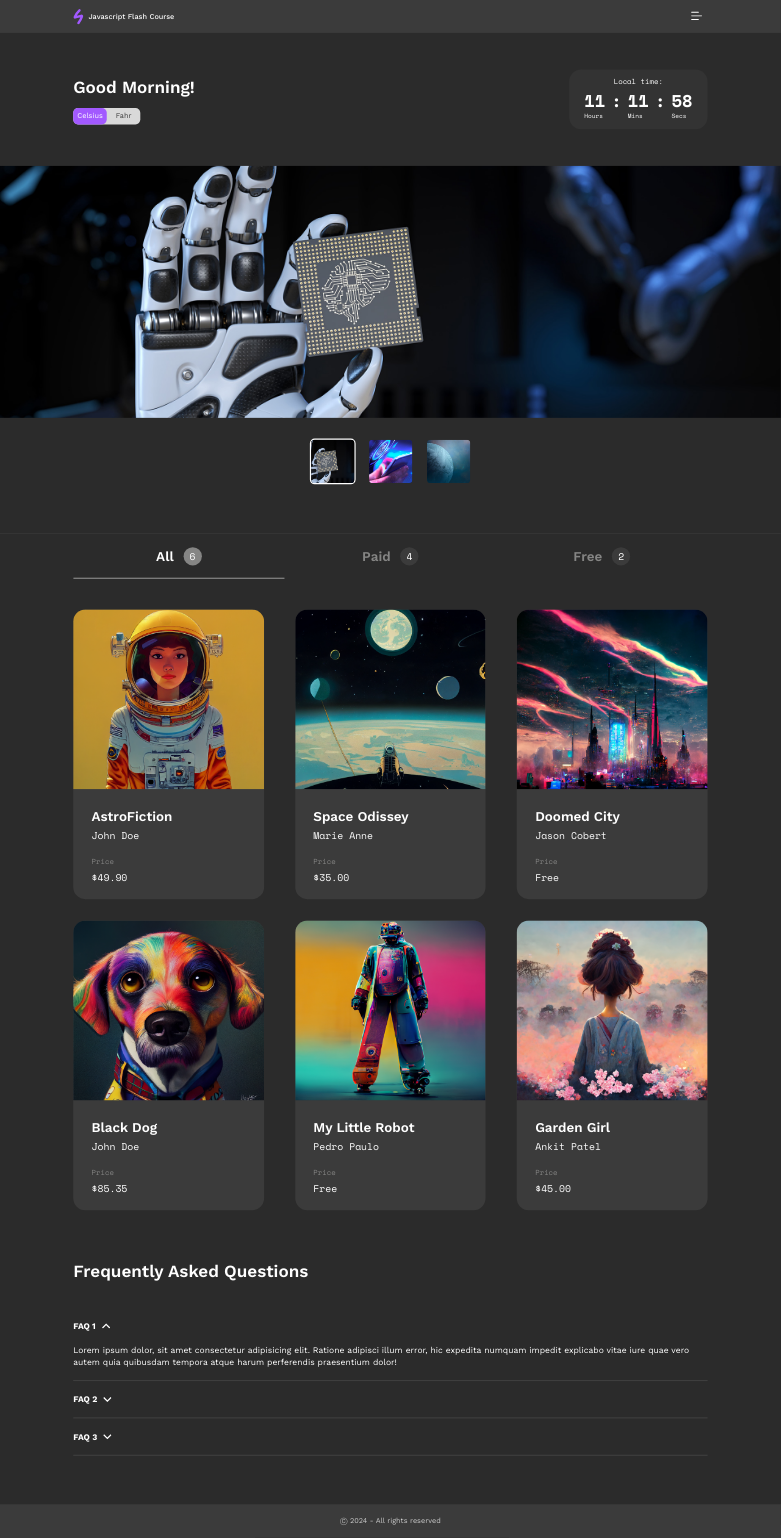
Repository: GettieSirma/JAVASCRIPT-TEST
Page: index.html
The author's editor kept a copy of each file at every save. The page is drawn from the files as they stood at one save, then again after the next save.
The browser window is 1280 px wide. The pictures show the whole page, at 61% of full size.

Above is the page before, as saved 2024-04-25 11:47:00.

### index.html
<!DOCTYPE html>
<html lang="en">

<head>
    <meta charset="UTF-8" />
    <meta http-equiv="X-UA-Compatible" content="IE=edge" />
    <meta name="viewport" content="width=device-width, initial-scale=1.0" />
    <title>Javascript Flash Course</title>
    <link rel="stylesheet" href="./main.css" />
    <link rel="preconnect" href="https://fonts.googleapis.com" />
    <link rel="preconnect" href="https://fonts.gstatic.com" crossorigin />
    <link href="https://fonts.googleapis.com/css2?family=Space+Mono:ital,wght@0,400;0,700;1,400;1,700&family=Work+Sans:ital,wght@0,100;0,200;0,300;0,400;0,500;0,600;0,700;0,800;0,900;1,100;1,200;1,300;1,400;1,500;1,600;1,700;1,800;1,900&display=swap" rel="stylesheet"
    />
</head>

<body>
    <header>
        <nav class="container">
            <div class="nav-left-side">
                <svg width="17" height="26" viewBox="0 0 17 26" fill="none" xmlns="http://www.w3.org/2000/svg">
                    <path
                        d="M10.309 2.90741C10.309 2.90741 4.29997 8.73841 2.526 13.9214C2.40313 14.2804 2.73267 14.6124 3.10045 14.5192L13.2394 11.9481C13.9358 11.7715 14.5723 12.3638 14.368 13.0525C12.9552 17.8149 8.62911 23.5897 8.62911 23.5897"
                        stroke="#A259FF" stroke-width="4" stroke-linecap="round" stroke-linejoin="round" />
                </svg>

                <a href="/">Javascript Flash Course</a>
            </div>

            <button id="open-nav-menu">
                <svg
                    width="24"
                    height="24"
                    viewBox="0 0 24 24"
                    fill="none"
                    xmlns="http://www.w3.org/2000/svg"
                >
                    <path
                        fill-rule="evenodd"
                        clip-rule="evenodd"
                        d="M3 12C3 11.5858 3.33579 11.25 3.75 11.25H20.25C20.6642 11.25 21 11.5858 21 12C21 12.4142 20.6642 12.75 20.25 12.75H3.75C3.33579 12.75 3 12.4142 3 12Z"
                        fill="white"
                    />
                    <path
                        fill-rule="evenodd"
                        clip-rule="evenodd"
                        d="M3 6C3 5.58579 3.33579 5.25 3.75 5.25H15C15.4142 5.25 15.75 5.58579 15.75 6C15.75 6.41421 15.4142 6.75 15 6.75H3.75C3.33579 6.75 3 6.41421 3 6Z"
                        fill="white"
                    />
                    <path
                        fill-rule="evenodd"
                        clip-rule="evenodd"
                        d="M3 18C3 17.5858 3.33579 17.25 3.75 17.25H15C15.4142 17.25 15.75 17.5858 15.75 18C15.75 18.4142 15.4142 18.75 15 18.75H3.75C3.33579 18.75 3 18.4142 3 18Z"
                        fill="white"
                    />
                </svg>
            </button>

            <div class="wrapper">
                <ul>
                    <li>
                        <button id="close-nav-menu">
                            <svg
                                width="47"
                                height="47"
                                viewBox="0 0 47 47"
                                fill="none"
                                xmlns="http://www.w3.org/2000/svg"
                            >
                                <path
                                    d="M11.7505 11.7495L35.2505 35.2495"
                                    stroke="#A259FF"
                                    stroke-width="6"
                                />
                                <path
                                    d="M35.2502 11.7502L11.7502 35.2502"
                                    stroke="#A259FF"
                                    stroke-width="6"
                                />
                            </svg>
                        </button>
                    </li>
                    <li><a href="#home">Home</a></li>
                    <li><a href="#gallery">Gallery</a></li>
                    <li><a href="#products">Products</a></li>
                    <li><a href="#faqs">FAQs</a></li>
                    <li class="socials">
                        <p>Join our community</p>

                        <div>
                            <a href="#">
                                <img src="./assets/socials/DiscordLogo.png" alt="Discord logo" />
                            </a>
                            <a href="#">
                                <img src="./assets/socials/YoutubeLogo.png" alt="Youtube logo" />
                            </a>
                            <a href="#">
                                <img src="./assets/socials/TwitterLogo.png" alt="Twitter logo" />
                            </a>
                            <a href="#">
                                <img src="./assets/socials/InstagramLogo.png" alt="Instagram logo" />
                            </a>
                        </div>
                    </li>
                </ul>
            </div>
        </nav>
    </header>

    <main>
        <section id="home" class="container greeting-section">
            <div class="left-side">
                <h1 id="greeting">Good Afternoon!</h1>

                <div class="weather-group">
                    <input type="radio" checked="true" id="celsius" name="temperature" />
                    <label for="celsius">Celsius</label>
                    <input type="radio" id="fahr" name="temperature" />
                    <label for="fahr">Fahr</label>
                </div>
            </div>

            <div class="right-side">
                <p>Local time:</p>
                <div class="local-time">
                    <div class="time-holder">
                        <span data-time="hours" class="time-number"></span>
                        <span class="time-letter">Hours</span>
                    </div>
                    <span class="time-divider">:</span>
                    <div class="time-holder">
                        <span data-time="minutes" class="time-number"></span>
                        <span class="time-letter">mins</span>
                    </div>
                    <span class="time-divider">:</span>
                    <div class="time-holder">
                        <span data-time="seconds" class="time-number"></span>
                        <span class="time-letter">secs</span>
                    </div>
                </div>
            </div>
        </section>

        <section id="gallery" class="gallery-section">
            <img src="assets/gallery/image1.jpg " alt="" />

            <div class="thumbnails">

            </div>
        </section>

        <section id="products" class="container products-section">
            <div class="products-filter">
                <input type="radio" checked="true" id="all" name="products" />
                <label for="all">
            All
            <span class="product-amount">3</span>
          </label>
                <input type="radio" id="paid" name="products" />
                <label for="paid">

            Paid
            <span class="product-amount">2</span>
          </label>
                <input type="radio" id="free" name="products" />
                <label for="free">
            Free
            <span class="product-amount">1</span>
          </label>

                <span class="glider"></span>
            </div>

            <div class="products-area">

            </div>

        </section>

        <section id="faqs" class="container faqs-section">
            <h3>Frequently Asked Questions</h3>

            <details open>
                <summary>FAQ 1</summary>

                <p>
                    Lorem ipsum dolor, sit amet consectetur adipisicing elit. Ratione adipisci illum error, hic expedita numquam impedit explicabo vitae iure quae vero autem quia quibusdam tempora atque harum perferendis praesentium dolor!
                </p>
            </details>

            <details>
                <summary>FAQ 2</summary>

                <p>
                    Consequuntur earum pariatur dolorem repellat temporibus ducimus sunt suscipit repudiandae cupiditate in accusantium recusandae tempora sint eligendi, perferendis aspernatur architecto voluptas laborum adipisci neque voluptates consequatur.
                </p>
            </details>

            <details>
                <summary>FAQ 3</summary>

                <p>
                    Consequuntur earum pariatur dolorem repellat temporibus ducimus sunt suscipit repudiandae cupiditate in accusantium recusandae tempora sint eligendi, perferendis aspernatur architecto voluptas laborum adipisci neque voluptates consequatur.
                </p>
            </details>
        </section>
    </main>

    <footer></footer>

    <script>
        const weatherAPIKey = "f76693de5c51ceb886c717bf7cb2d979";
        const weatherAPIURL = `https://api.openweathermap.org/data/2.5/weather?lat={lat}&lon={lon}&appid={API key}&units=metric`;

        const galleryImages = [{
                src: "./assets/gallery/image1.jpg",
                alt: "Thumbnail Image 1"
            }, {
                src: "./assets/gallery/image2.jpg",
                alt: "Thumbnail Image 2"
            },

            {
                src: "./assets/gallery/image3.jpg",
                alt: "Thumbnail Image 3"
            }
        ];

        const products = [{
            title: "AstroFiction",
            author: "John Doe",
            price: 49.9,
            image: "./assets/products/img6.png"
        }, {
            title: "Space Odissey",
            author: "Marie Anne",
            price: 35,
            image: "./assets/products/img1.png"
        }, {
            title: "Doomed City",
            author: "Jason Cobert",
            price: 0,
            image: "./assets/products/img2.png"
        }, {
            title: "Black Dog",
            author: "John Doe",
            price: 85.35,
            image: "./assets/products/img3.png"
        }, {
            title: "My Little Robot",
            author: "Pedro Paulo",
            price: 0,
            image: "./assets/products/img5.png"
        }, {
            title: "Garden Girl",
            author: "Ankit Patel",
            price: 45,
            image: "./assets/products/img4.png"
        }];

        // Menu Section

        function menuHandler() {
            document.querySelector("#open-nav-menu").addEventListener("click", function() {
                document.querySelector("header nav .wrapper").classList.add("nav-open");
            });

            document.querySelector("#close-nav-menu").addEventListener("click", function() {
                document.querySelector("header nav .wrapper").classList.remove("nav-open");
            });
        }

        // Temperature Conversion

        function celsiusToFahr(temperature) {
            let fahr = (temperature * 9 / 5) + 32;
            return fahr;
        }

        // Greeting Section

        function greetingHandler() {
            let currentHour = new Date().getHours();
            let greetingText;

            if (currentHour < 12) {
                greetingText = "Good morning!";
            } else if (currentHour < 19) {
                greetingText = "Good afternoon!";
            } else if (currentHour < 24) {
                greetingText = "Good evening!";
            } else {
                greetingText = "Welcome!";
            }

            document.querySelector("#greeting").innerHTML = greetingText;


        }

        // Weather Text

        function weatherHandler() {
            navigator.geolocation.getCurrentPosition(position => {
                let latitude = position.coords.latitude;
                let longitude = position.coords.longitude;
                let url = weatherAPIURL
                    .replace("{lat}", latitude)
                    .replace("{lon}", longitude)
                    .replace("{API key}", weatherAPIKey);
                fetch(url)
                    .then(response => response.json())
                    .then(data => {
                        const condition = data.weather[0].description;
                        const location = data.name;
                        const temperature = data.main.temp;

                        let celsiusText = `The weather is ${condition} in ${location} and it's ${temperature.toFixed(1)}°C outside.`;
                        let fahrText = `The weather is ${condition} in ${location} and it's ${celsiusToFahr(temperature).toFixed(1)}°F outside.`;

                        document.querySelector("p#weather").innerHTML = celsiusText;

                        // Temperature Switch

                        document.querySelector(".weather-group").addEventListener("click", function(e) {

                            if (e.target.id == "celsius") {
                                document.querySelector("p#weather").innerHTML = celsiusText;
                            } else if (e.target.id == "fahr") {
                                document.querySelector("p#weather").innerHTML = fahrText;
                            }

                        });

                    }).catch((err => {
                        document.querySelector("p#weather").innerHTML = "Unable to get the weather info. Try again later.";
                    }));

            });
        }

        // Local Time Section
        function clockHandler() {
            setInterval(function() {
                let localTime = new Date();
                document.querySelector("span[data-time=hours]").textContent = localTime.getHours().toString().padStart(2, "0");
                document.querySelector("span[data-time=minutes]").textContent = localTime.getMinutes().toString().padStart(2, "0");
                document.querySelector("span[data-time=seconds]").textContent = localTime.getSeconds().toString().padStart(2, "0");
            }, 1000);
        }
        // Gallery Section

        function galleryHandler() {
            let mainImage = document.querySelector("#gallery > img");
            let thumbnails = document.querySelector("#gallery .thumbnails");

            mainImage.src = galleryImages[0].src;
            mainImage.alt = galleryImages[0].alt;

            galleryImages.forEach(function(image, index) {
                let thumb = document.createElement("img");
                thumb.src = image.src;
                thumb.alt = image.alt;
                thumb.dataset.arrayIndex = index;
                thumb.dataset.selected = index === 0 ? true : false;

                thumb.addEventListener("click", function(e) {
                    let selectedIndex = e.target.dataset.arrayIndex;
                    let selectedImage = galleryImages[selectedIndex];
                    mainImage.src = selectedImage.src;
                    mainImage.alt = selectedImage.alt;
                    thumbnails.querySelectorAll("img").forEach(function(img) {
                        img.dataset.selected = false;
                    });
                    e.target.dataset.selected = true;

                });

                thumbnails.appendChild(thumb);
            });
        }

        // Products Section

        function populateProducts(productList) {

            let productsSection = document.querySelector(".products-area");
            productsSection.textContent = "";

            // Run a loop through the products and create an HTML element ("product-item") for each of them
            productList.forEach(function(product, index) {

                // Create the HTML element for the individual product
                let productElm = document.createElement("div");
                productElm.classList.add("product-item");

                // Create the product image
                let productImage = document.createElement("img");
                productImage.src = product.image;
                productImage.alt = "Image for " + product.title;

                // Create the product details section
                let productDetails = document.createElement("div");
                productDetails.classList.add("product-details");

                // Create product title, author, price-title and price
                let productTitle = document.createElement("h3");
                productTitle.classList.add("product-title");
                productTitle.textContent = product.title;
                let productAuthor = document.createElement("p");
                productAuthor.classList.add("product-author");
                productAuthor.textContent = product.author;
                let priceTitle = document.createElement("p");
                priceTitle.classList.add("price-title");
                priceTitle.textContent = "Price";
                let productPrice = document.createElement("p");
                productPrice.classList.add("product-price");
                productPrice.textContent = product.price > 0 ? "$" + product.price.toFixed(2) : "Free";

                // Append the product details
                productDetails.append(productTitle);
                productDetails.append(productAuthor);
                productDetails.append(priceTitle);
                productDetails.append(productPrice);

                // Add all child HTML elements of the product
                productElm.append(productImage);
                productElm.append(productDetails);

                // Add complete individul product to the product section
                productsSection.append(productElm);

            });
        }

        function productsHandler() {

            let freeProducts = products.filter(item => !item.price || item.price <= 0);

            let paidProducts = products.filter(item => item.price > 0);

            populateProducts(products);

            document.querySelector(".products-filter label[for=all] span.product-amount").textContent = products.length;
            document.querySelector(".products-filter label[for=paid] span.product-amount").textContent = paidProducts.length;
            document.querySelector(".products-filter label[for=free] span.product-amount").textContent = freeProducts.length;

            let productsFilter = document.querySelector(".products-filter");

            productsFilter.addEventListener("click", function(e) {
                if (e.target.id === "all") {
                    populateProducts(products);
                } else if (e.target.id === "paid") {
                    populateProducts(paidProducts);
                } else if (e.target.id === "free") {
                    populateProducts(freeProducts);
                }
            });
        }

        function footerHandler() {
            let currentYear = new Date().getFullYear();
            document.querySelector("footer").textContent = `Ⓒ ${currentYear} - All rights reserved`;
        }




        // Page Load

        menuHandler();
        greetingHandler();
        weatherHandler();
        clockHandler();
        galleryHandler();
        productsHandler();
        footerHandler();
    </script>

</body>

</html>

Loaded but not shown: main.css (490 lines, source omitted)

After the next save:
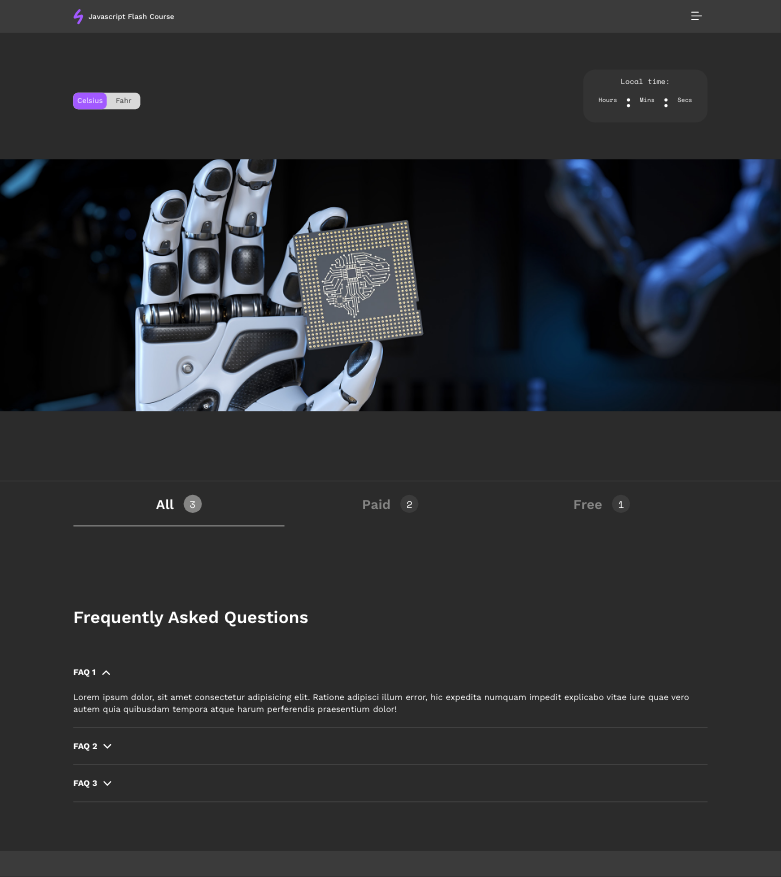
Console error: TypeError: Cannot set properties of null (setting 'innerHTML')
Saved 7 s later.
--- a/index.html
+++ b/index.html
@@ -109,7 +109,7 @@
     <main>
         <section id="home" class="container greeting-section">
             <div class="left-side">
-                <h1 id="greeting">Good Afternoon!</h1>
+                <!-- <h1 id="greeting">Good Afternoon!</h1> -->
 
                 <div class="weather-group">
                     <input type="radio" checked="true" id="celsius" name="temperature" />

After the 2 saves that followed:
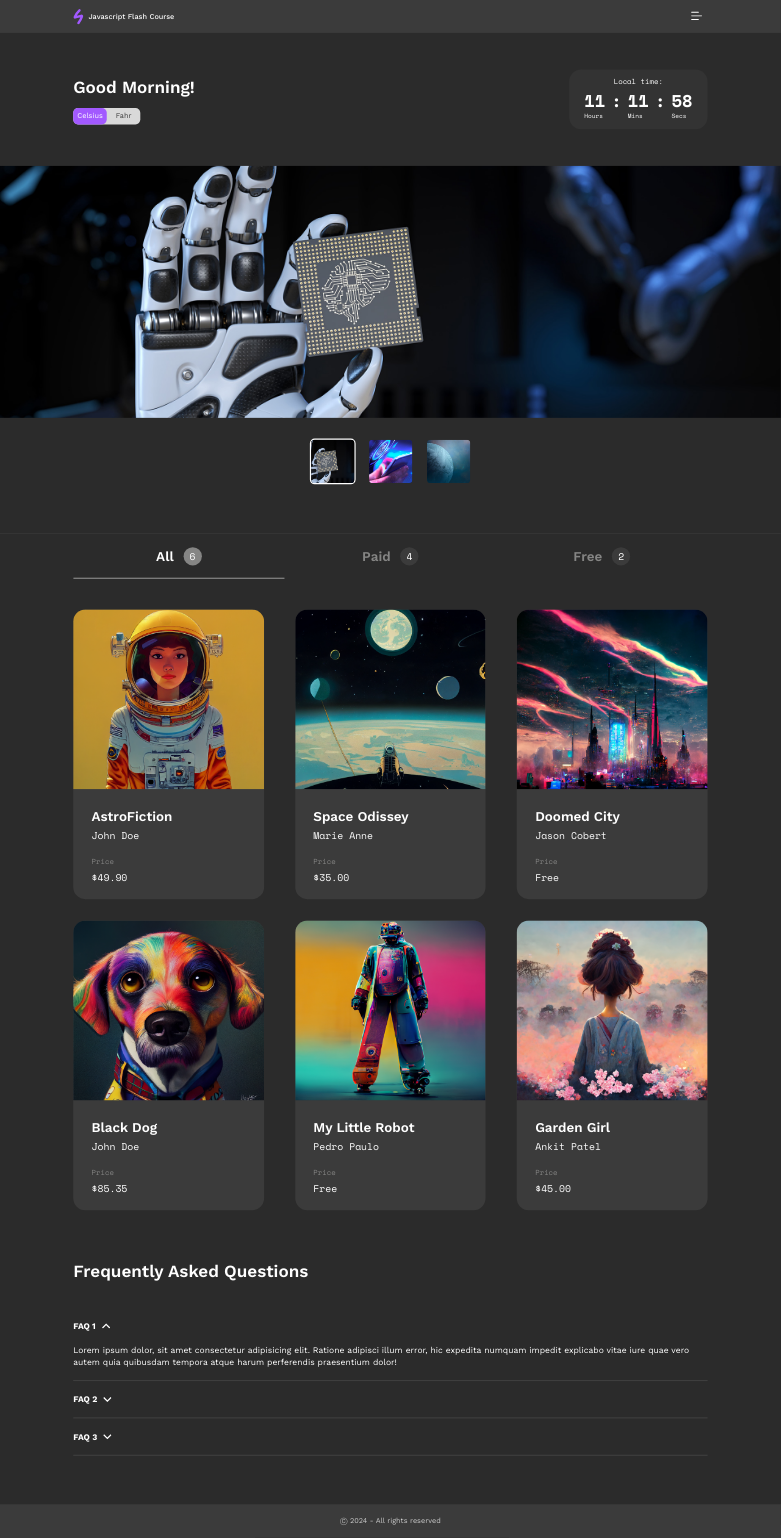
The error is gone.
The 2 saves are shown as one change because 1 left the picture as it was.
The last was saved 29 s later.
--- a/index.html
+++ b/index.html
@@ -109,7 +109,7 @@
     <main>
         <section id="home" class="container greeting-section">
             <div class="left-side">
-                <!-- <h1 id="greeting">Good Afternoon!</h1> -->
+                <h1 id="greeting">Good Afternoon!</h1>
 
                 <div class="weather-group">
                     <input type="radio" checked="true" id="celsius" name="temperature" />
